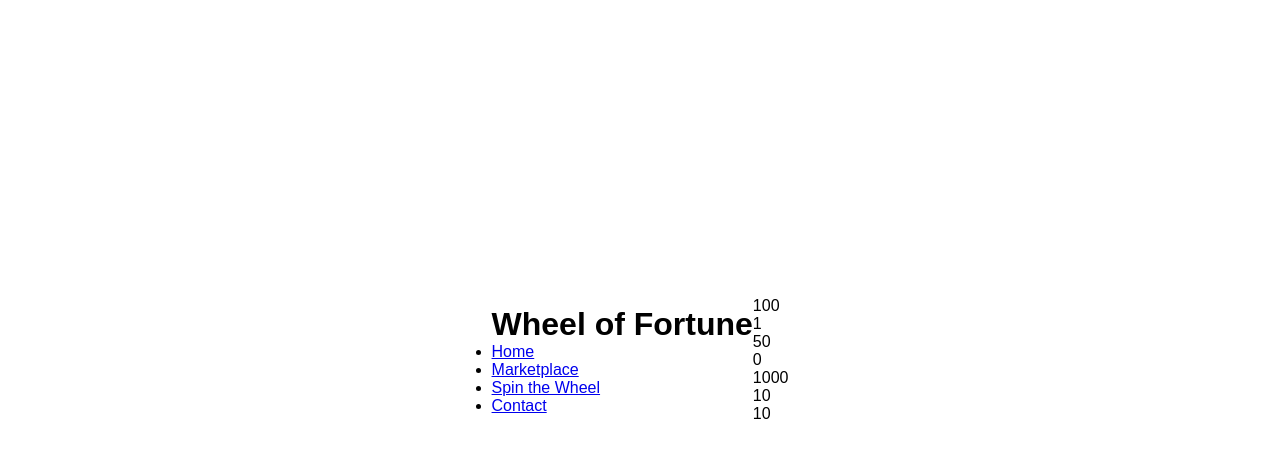
Repository: Jacques-Jaki-Morkel/FundedMarketplace_WheelofFortune
Page: index.html
An editor plug-in stored every save of this project. The page is shown before and after the next save, followed by the edit.
The browser window is 1280 px wide. The pictures show the whole page.

Above is the page before, as saved 2025-08-12 09:27:16.

### index.html
<!DOCTYPE html>
<html lang="en">

<head>
    <meta charset="UTF-8">
    <meta name="viewport" content="width=device-width, initial-scale=1.0">
    <title>Wheel of Fortune - Funded Marketplace</title>
    <link rel="stylesheet" href="styles.css">
</head>

<body>
    <header>
        <h1>Wheel of Fortune</h1>
        <nav>
            <ul>
                <li><a href="#">Home</a></li>
                <li><a href="#">Marketplace</a></li>
                <li><a href="#">Spin the Wheel</a></li>
                <li><a href="#">Contact</a></li>
            </ul>
        </nav>
    </header>
    <div class="container">
        <div class="spinBtn"></div>
        <div class="wheel">
            <div class="number" style=" --i:1 ;--clr: #db7093;">
                <span>100</span>
            </div>
            <div class="number" style=" --i:2 ;--clr: #8a2be2;">
                <span>1</span>
            </div>
            <div class="number" style=" --i:3 ;--clr: #00bfff;">
                <span>50</span>
            </div>
            <div class="number" style=" --i:4 ;--clr: #daa520;">
                <span>0</span>
            </div>
            <div class="number" style=" --i:5 ;--clr: #ff340f;">
                <span>1000</span>
            </div>
            <div class="number" style=" --i:6 ;--clr: #ff7f50;">
                <span>10</span>
            </div>
            <div class="number" style=" --i:7 ;--clr: #3cb371;">
                <span>10</span>
            </div>
</body>

</html>

### styles.css
*{
margin: 0;
padding: 0;
box-sizing: border-box;
font-family: 'Poppins', sans-serif;
}

body {
display: flex;
justify-content: center;
align-items: center;
min-height: 100vh;
}

After the next save:
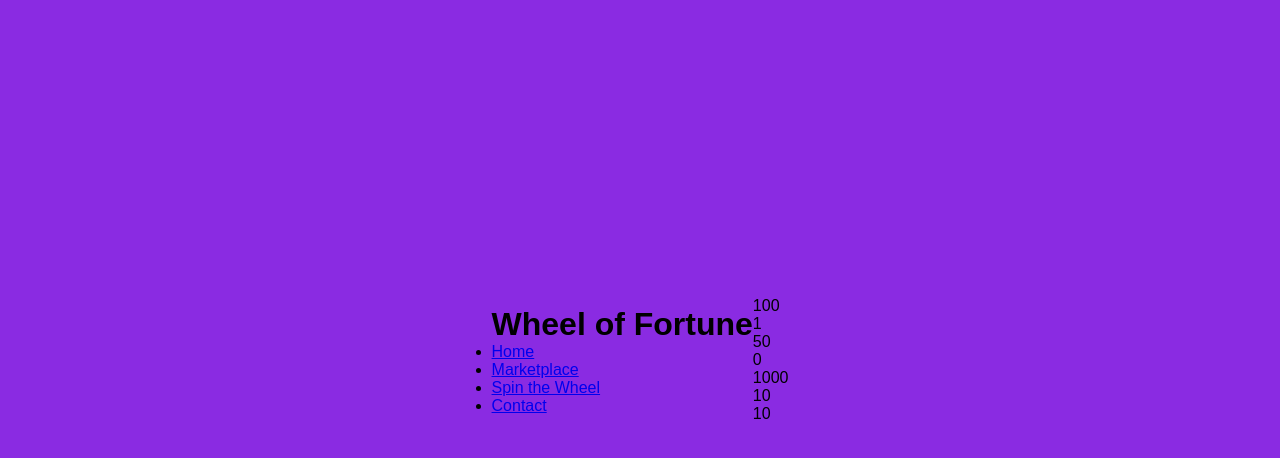
Saved 3 min 0 s later.
--- a/styles.css
+++ b/styles.css
@@ -10,4 +10,5 @@ display: flex;
 justify-content: center;
 align-items: center;
 min-height: 100vh;
+background-color: blueviolet;
 }
